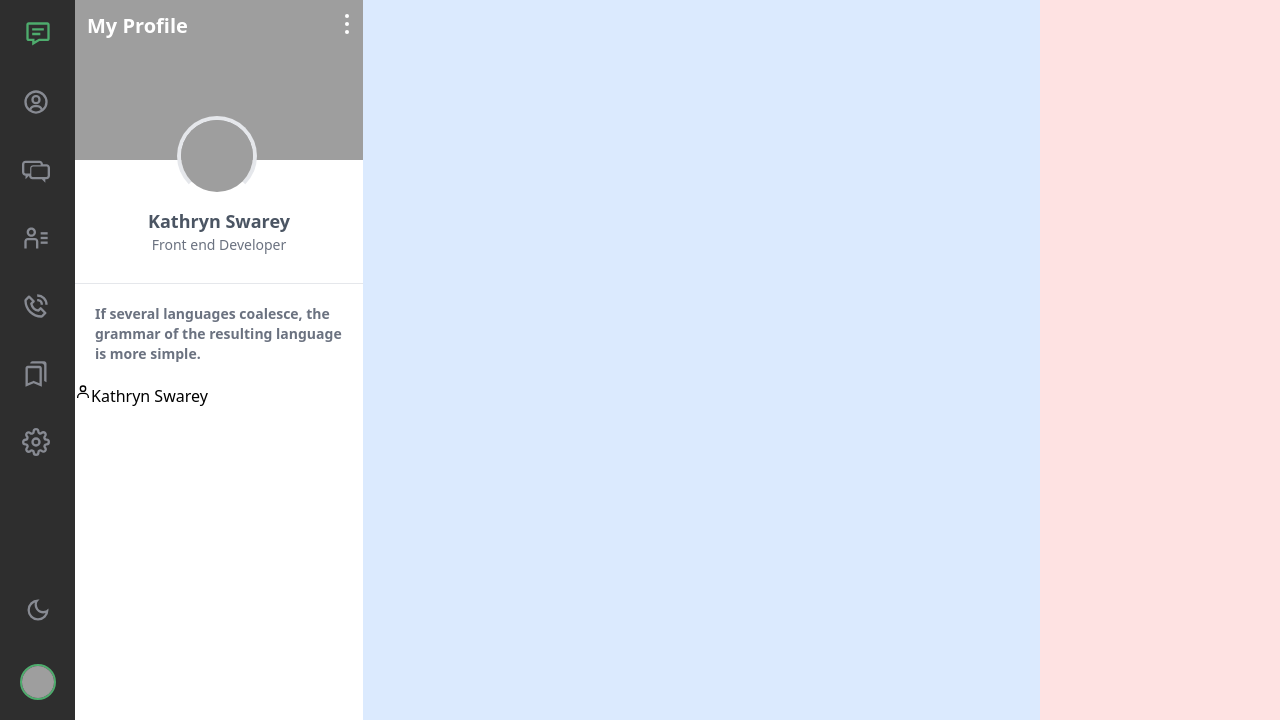
Repository: satya-ranjon/Chat-app
Page: /
These files come from the project's save history. The page is drawn as it stood at one moment and after the next save; the edit follows.
The browser window is 1280 px wide. The pictures show the whole page.
Pictures or frames that could not be fetched are drawn as grey boxes. The project was rebuilt for these pictures with package versions that can differ from the ones it lists, and the page was loaded fresh each time.

Above is the page before, as saved 2022-03-31 04:09:42.

After the next save:
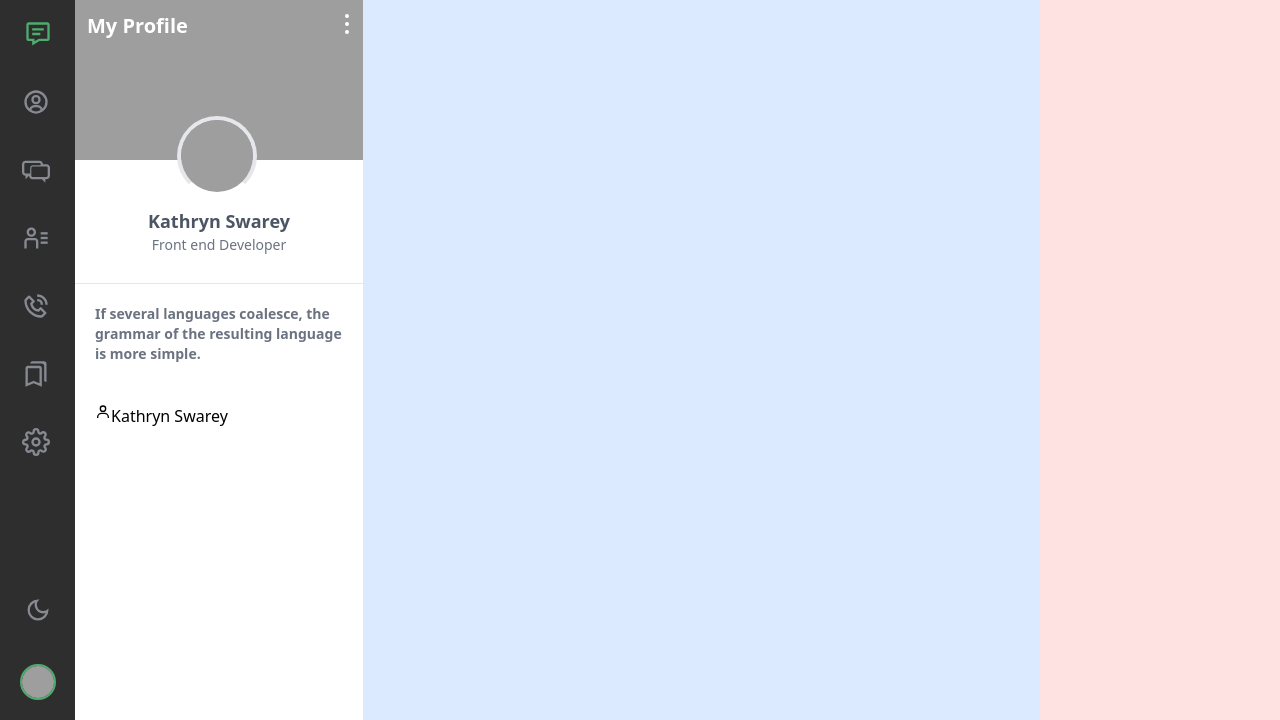
Saved 20 s later.
--- a/src/components/MyProfile/ProfileInfo.jsx
+++ b/src/components/MyProfile/ProfileInfo.jsx
@@ -9,7 +9,7 @@ export default function ProfileInfo() {
         more simple.
       </p>
       <div className="flex flex-col">
-        <div className="flex">
+        <div className="flex p-5">
           <BiUser />
           <p>Kathryn Swarey</p>
         </div>
